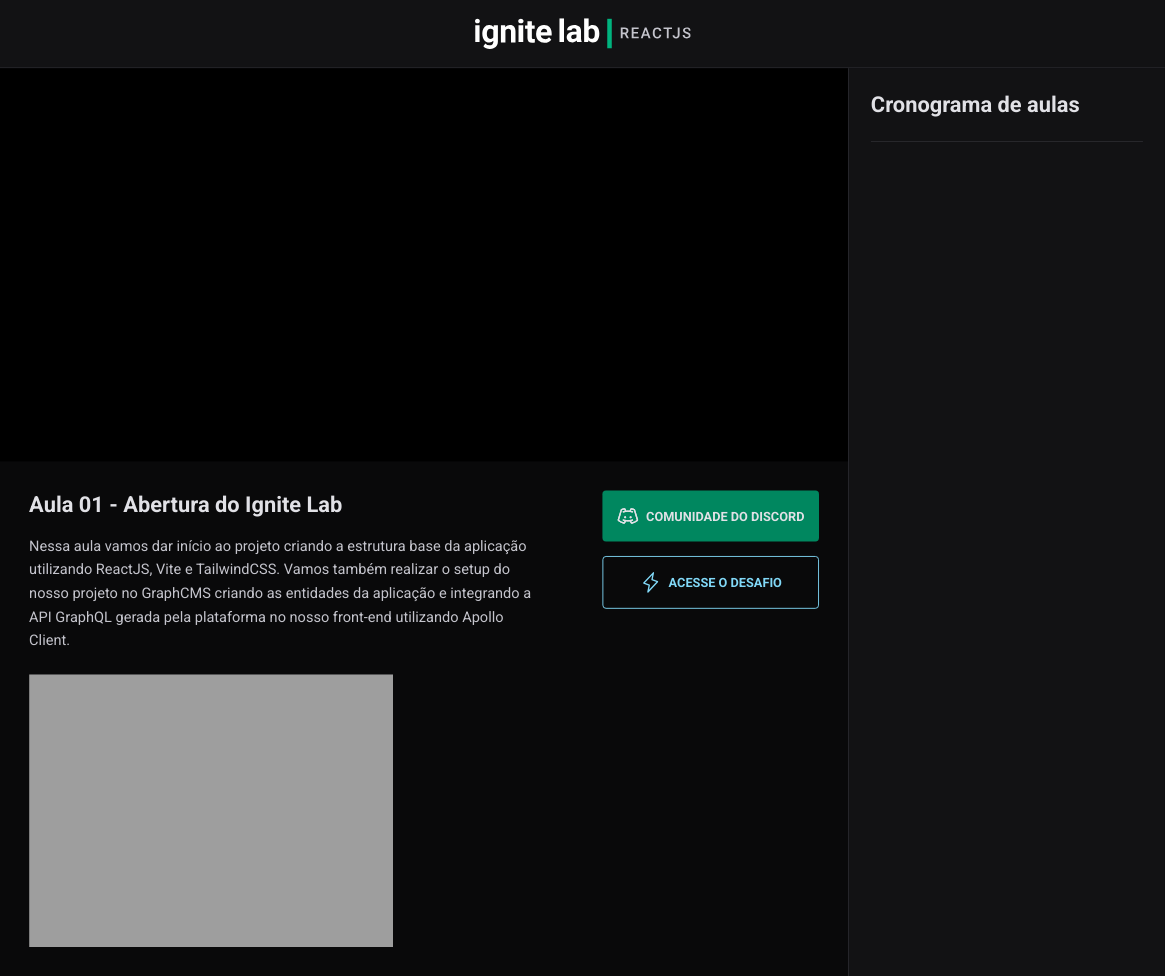
Repository: XFERRER7/Ignite-lab
Page: /
An editor plug-in stored every save of this project. The page is shown before and after a run of saves, followed by the edit.
The browser window is 1280 px wide. The pictures show the whole page, at 91% of full size.
Pictures or frames that could not be fetched are drawn as grey boxes. The page's requests for data from a server got no answer. The project was rebuilt for these pictures with package versions that can differ from the ones it lists, and the page was loaded fresh each time. No one was signed in, and anything a server would have sent is missing. Also part of the build but not shown: vite.config.ts, src/components/Lesson.tsx.

Above is the page before, as saved 2022-06-26 02:01:56.

After the next 5 saves:
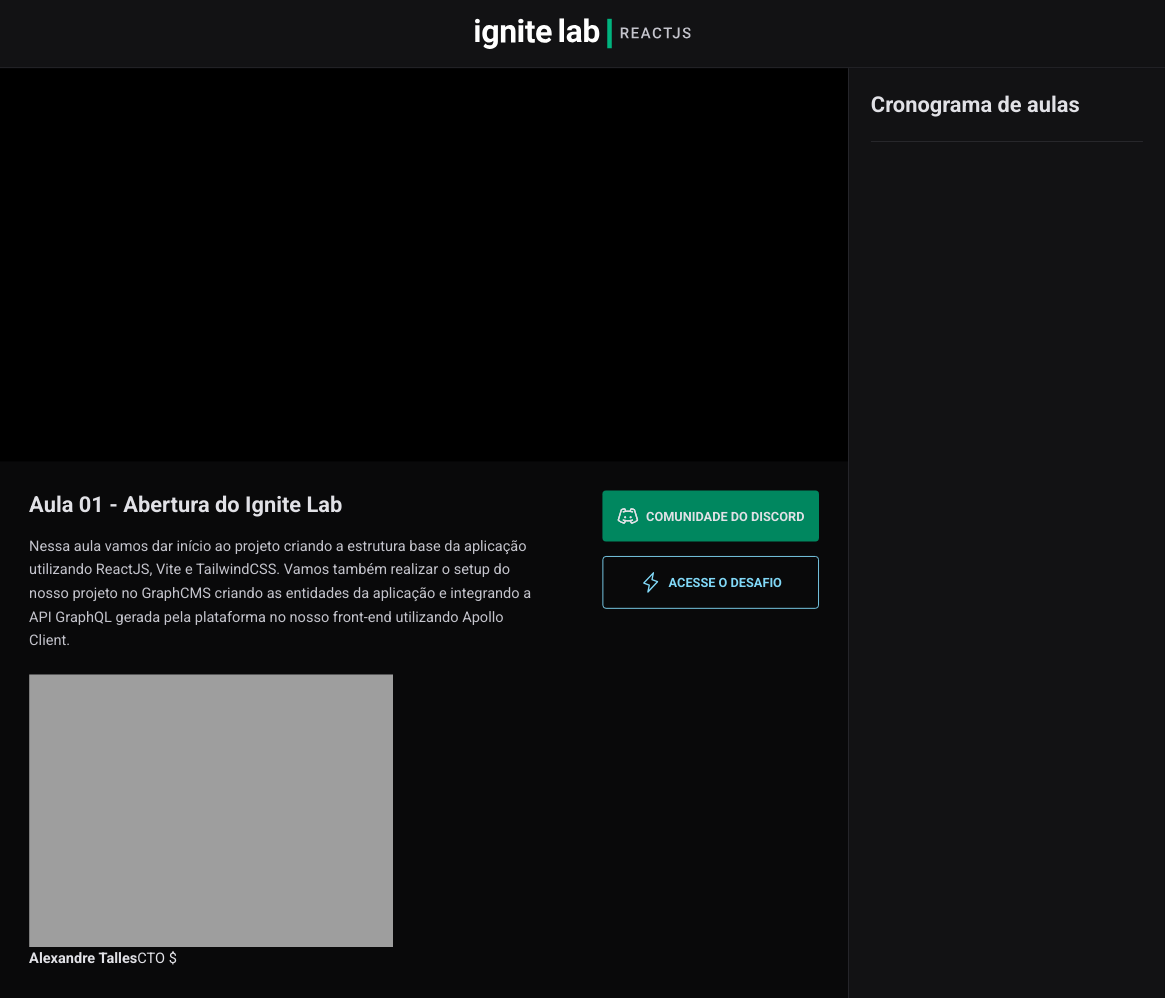
The 5 saves are shown as one change because they came seconds apart.
The last was saved 16 s later.
--- a/src/components/Video.tsx
+++ b/src/components/Video.tsx
@@ -23,7 +23,8 @@
               <img src="https://avatars.githubusercontent.com/u/83144784?v=4" alt="perfil professor" />
             </div>
             <div>
-              <strong></strong>
+              <strong>Alexandre Talles</strong>
+              <span>CTO $</span>
             </div>
           </div>
           <div className='flex flex-col gap-4 '>
